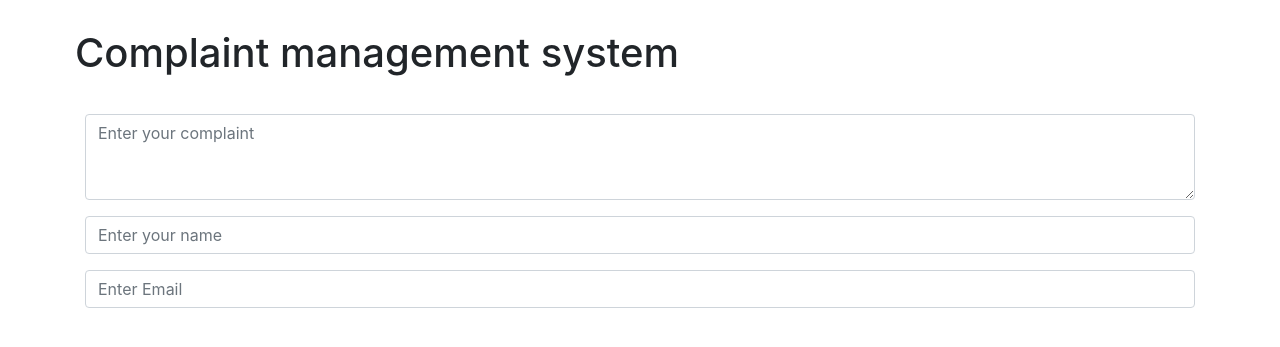
Repository: mkejeiri/Java-Entreprise
Page: http://localhost/complaintsystem/helloWorld
An editor plug-in stored every save of this project. The page is shown before and after the next save, followed by the edit.
The browser window is 1280 px wide. The pictures show the whole page.
The page is served by Tomcat 9.

Above is the page before, as saved 2018-05-10 19:23:11.

After the next save:
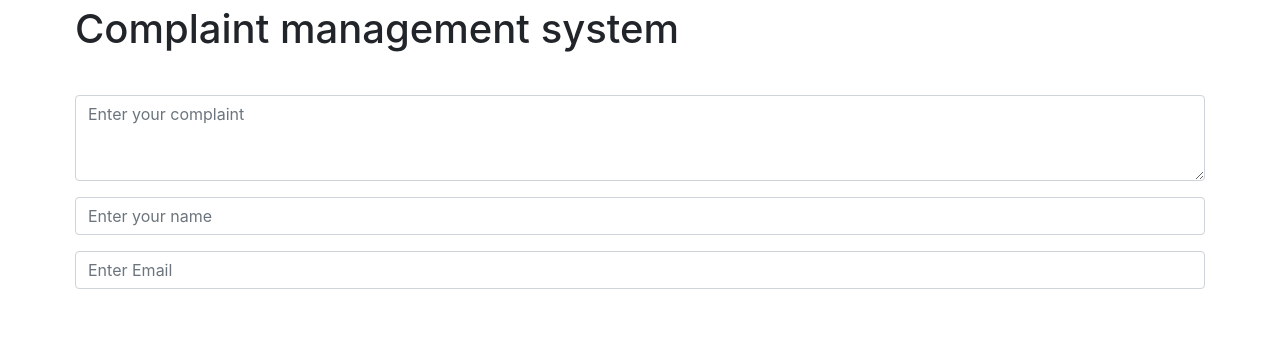
Saved 17 s later.
--- a/complaintsystem/complaintsystem/WebContent/WEB-INF/HelloWorld.jsp
+++ b/complaintsystem/complaintsystem/WebContent/WEB-INF/HelloWorld.jsp
@@ -8,17 +8,15 @@
 <style>
 	.spacing {
 		padding:5px;
-
 	}
 </style>
 <title>Insert title here</title>
 </head>
 <body>
-	<br/>
 	<div class="container spacing">
 		<h1>Complaint management system</h1>
 	</div><br/>
-	<div class="container">
+	<div class="container spacing">
 		<form action="/complaintsystem/submitComplaint" method="post">
 			<div class="form-group">
 			    <textarea class="form-control" id="exampleFormControlTextarea1" rows="3" placeholder="Enter your complaint"></textarea>
